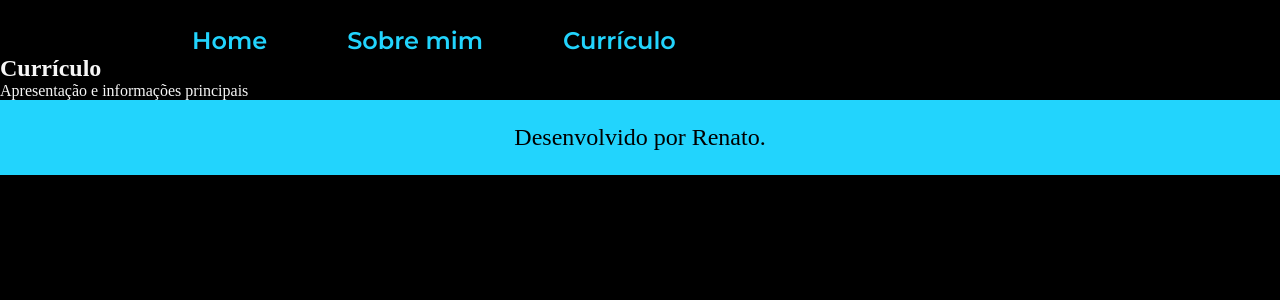
Repository: RenatoCCS/Portfolio_Alura
Page: curriculo.html
These files come from the project's save history. The page is drawn as it stood at one moment and after the next save; the edit follows.
The browser window is 1280 px wide. The pictures show the whole page.
Some web fonts or font styles are not loaded; a fallback is used.

Above is the page before, as saved 2023-03-06 15:00:49.

### curriculo.html
<!DOCTYPE html>
<html lang="pt-br">
  <head>
    <meta charset="UTF-8" />
    <meta http-equiv="X-UA-Compatible" content="IE=edge" />
    <meta name="viewport" content="width=device-width, initial-scale=1.0" />
    <title>Currículo</title>
    <link rel="stylesheet" href="./styles/style.css" />
  </head>

  <body>
    <header class="cabecalho">
      <nav class="cabecalho__menu">
        <a class="cabecalho__menu__link" href="index.html">Home</a>
        <a class="cabecalho__menu__link" href="about.html">Sobre mim</a>
        <a class="cabecalho__menu__link" href="curriculo.html">Currículo</a>
      </nav>
    </header>

    <main>
      <section>
        <h1>Currículo</h1>
        <p>Apresentação e informações principais</p>
      </section>
    </main>

    <footer class="rodape"><p>Desenvolvido por Renato.</p></footer>
  </body>
</html>

### styles/style.css
@import url('https://fonts.googleapis.com/css2?family=Krona+One&family=Montserrat:wght@400;600&display=swap');

* {
  margin: 0;
  padding: 0;
}

body {
  /* height: 100vh; */
  box-sizing: border-box;
  background-color: #000000;
  color: #f6f6f6;
}

.cabecalho {
  padding: 2% 0% 0% 15%;
}

.cabecalho__menu {
  display: flex;
  gap: 80px;
}

.cabecalho__menu__link {
  font-family: 'Montserrat', sans-serif;
  font-size: 24px;
  font-weight: 600;
  color: #22d4fd;
  text-decoration: none;
}

.apresentacao {
  padding: 5% 15%;
  display: flex;
  align-items: center;
  justify-content: space-between;
}

.apresentacao__conteudo {
  width: 615px;
  display: flex;
  flex-direction: column;
  gap: 40px;
}

.apresentacao__conteudo__titulo {
  font-size: 36px;
  font-family: 'Krona One', sans-serif;
}

.titulo-destaque {
  color: #22d4fd;
}

.apresentacao__conteudo__texto {
  font-size: 24px;
  font-family: 'Montserrat', sans-serif;
}

.apresentacao__links {
  display: flex;
  flex-direction: column;
  justify-content: space-between;
  align-items: center;
  gap: 32px;
}

.apresentacao__links__subtitulo {
  font-family: 'Krona One', sans-serif;
  font-weight: 400;
  font-size: 24px;
}

.apresentacao__links__link {
  /* background-color: #22d4fd; foi trocado o estilo*/
  display: flex;
  justify-content: center;
  gap: 16px;
  border: 2px solid #22d4fd;
  width: 378px;
  text-align: center;
  border-radius: 8px;
  font-size: 24px;
  font-weight: 600;
  padding: 21.5px 0;
  text-decoration: none;
  color: #f6f6f6;
  font-family: 'Montserrat', sans-serif;
}

.apresentacao__links__link:hover {
  background-color: #272727;
}

/*Utilizei minha foto e fui adaptando de acordo com o tamanho da outra foto*/
.apresentacao__foto {
  height: 550px;
  width: 490px;
  left: 1032px;
  top: 253px;
  border-radius: 16px;
}

.rodape {
  padding: 24px;
  color: #000000;
  background-color: #22d4fd;
  text-align: center;
  font-family: 'Montserrat' sans-serif;
  font-size: 24px;
  font-weight: 400;
}

After the next save:
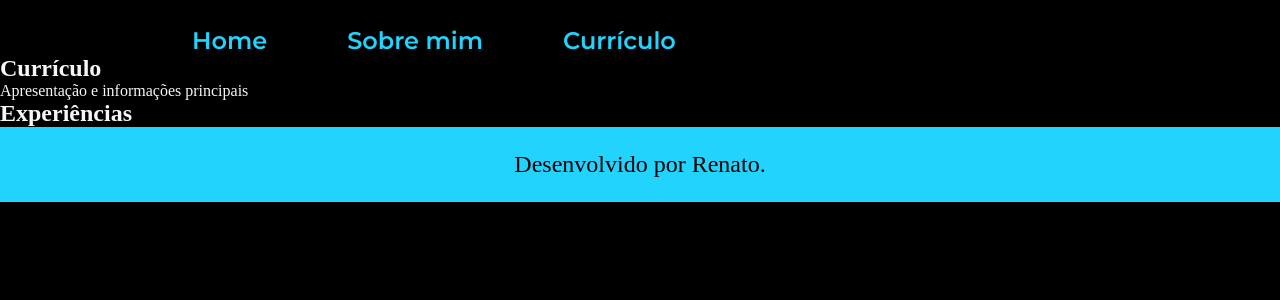
Saved 2 min 44 s later.
--- a/curriculo.html
+++ b/curriculo.html
@@ -21,6 +21,8 @@
       <section>
         <h1>Currículo</h1>
         <p>Apresentação e informações principais</p>
+
+        <h2>Experiências</h2>
       </section>
     </main>
 
